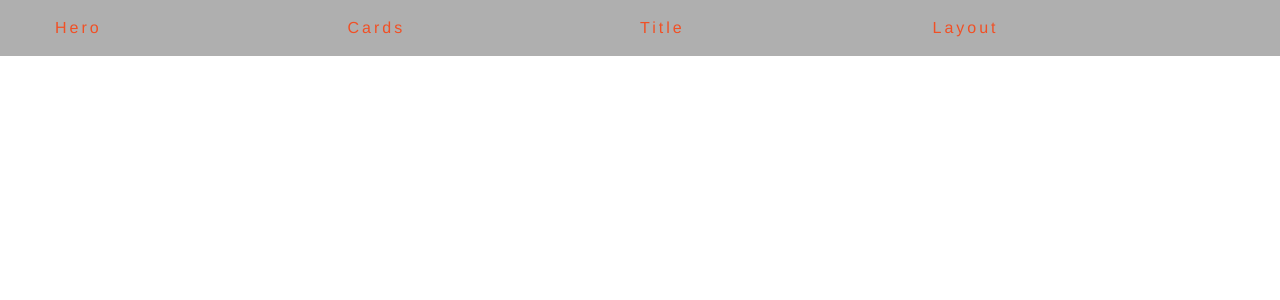
Repository: Ndifoinhilary/css_grid
Page: css-grid-learn/index.html
These files come from the project's save history. The page is drawn as it stood at one moment and after the next save; the edit follows.
The browser window is 1280 px wide. The pictures show the whole page.

Above is the page before, as saved 2024-01-28 10:30:53.

After the next save:
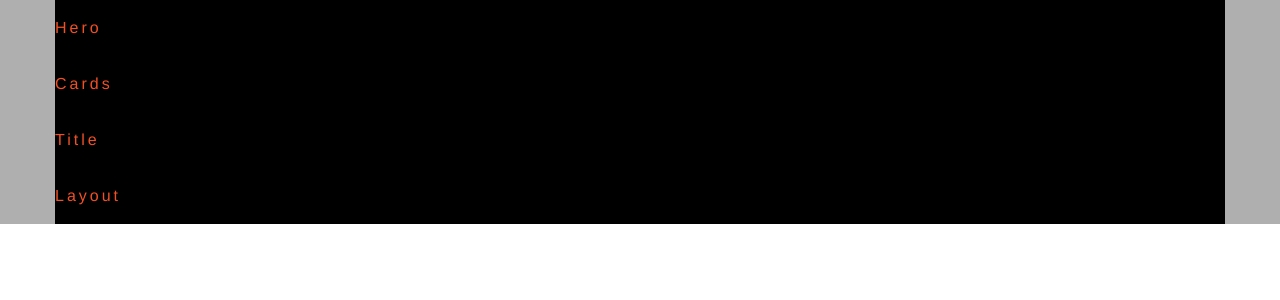
Saved 49 s later.
--- a/css-grid-learn/main.css
+++ b/css-grid-learn/main.css
@@ -123,7 +123,6 @@ navbar css here
     .nav-links{
         max-width: 1170px;
         margin: 0 auto;
-        display: grid;
-        grid-template-columns: 1fr 1fr 1fr 1fr;
+        background: black;
     }
 }
